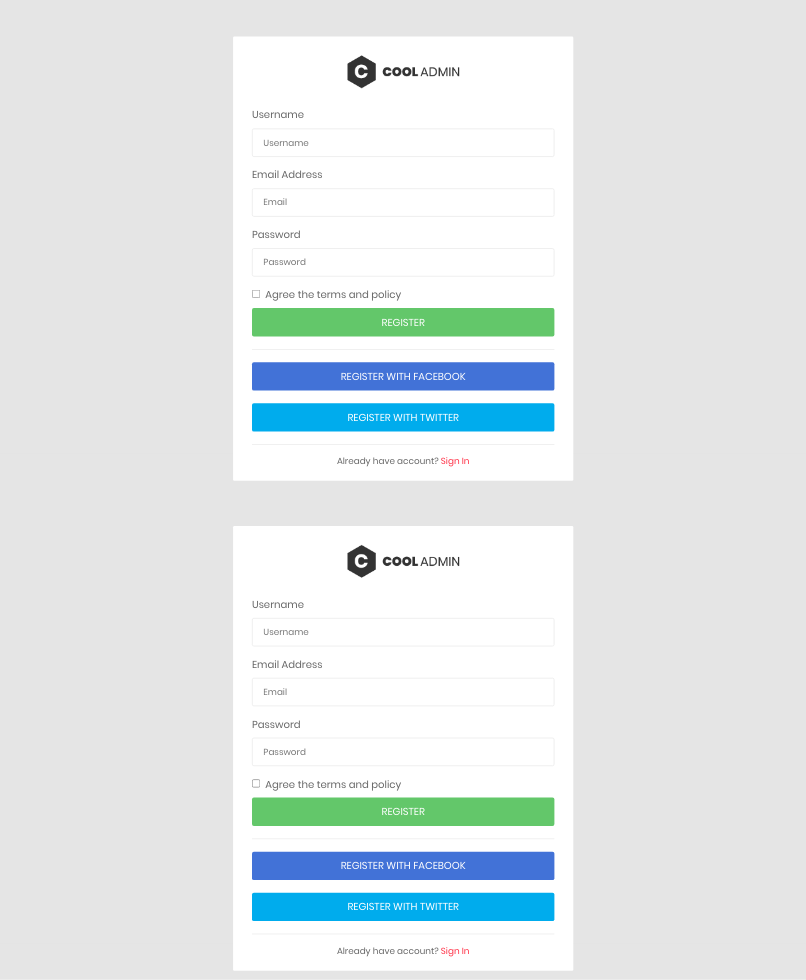
Repository: Julio-Sama/jacquis_system
Page: src/main/resources/templates/register.html
These files come from the project's save history. The page is drawn as it stood at one moment and after the next save; the edit follows.
The browser window is 1280 px wide. The pictures show the whole page, at 63% of full size.

Above is the page before, as saved 2023-09-19 02:06:27.

### src/main/resources/templates/register.html
<!DOCTYPE html>
<html lang="es" xmlns:th="http://www.thymeleaf.org">

<head>
    <!-- Required meta tags-->
    <meta charset="UTF-8">
    <meta name="viewport" content="width=device-width, initial-scale=1, shrink-to-fit=no">
    <meta name="description" content="au theme template">
    <meta name="author" content="Hau Nguyen">
    <meta name="keywords" content="au theme template">

    <!-- Title Page-->
    <title>Register</title>

    <!-- Fontfaces CSS-->
    <link href="../static/css/font-face.css" rel="stylesheet" media="all">
    <link href="../static/vendor/font-awesome-4.7/css/font-awesome.min.css" rel="stylesheet" media="all">
    <link href="../static/vendor/font-awesome-5/css/fontawesome-all.min.css" rel="stylesheet" media="all">
    <link href="../static/vendor/mdi-font/css/material-design-iconic-font.min.css" rel="stylesheet" media="all">

    <!-- Bootstrap CSS-->
    <link href="../static/vendor/bootstrap-4.1/bootstrap.min.css" rel="stylesheet" media="all">

    <!-- Vendor CSS-->
    <link href="../static/vendor/animsition/animsition.min.css" rel="stylesheet" media="all">
    <link href="../static/vendor/bootstrap-progressbar/bootstrap-progressbar-3.3.4.min.css" rel="stylesheet" media="all">
    <link href="../static/vendor/wow/animate.css" rel="stylesheet" media="all">
    <link href="../static/vendor/css-hamburgers/hamburgers.min.css" rel="stylesheet" media="all">
    <link href="../static/vendor/slick/slick.css" rel="stylesheet" media="all">
    <link href="../static/vendor/select2/select2.min.css" rel="stylesheet" media="all">
    <link href="../static/vendor/perfect-scrollbar/perfect-scrollbar.css" rel="stylesheet" media="all">

    <!-- Main CSS-->
    <link href="../static/css/theme.css" rel="stylesheet" media="all">

</head>

<body class="animsition">
    <div class="page-wrapper">
        <div class="page-content--bge5">
            <div class="container">
                <div class="login-wrap">
                    <div class="login-content">
                        <div class="login-logo">
                            <a href="#">
                                <img src="../static/../static/images/icon/logo.png" alt="CoolAdmin">
                            </a>
                        </div>
                        <div class="login-form">
                            <form action="" method="post">
                                <div class="form-group">
                                    <label>Username</label>
                                    <input class="au-input au-input--full" type="text" name="username" placeholder="Username">
                                </div>
                                <div class="form-group">
                                    <label>Email Address</label>
                                    <input class="au-input au-input--full" type="email" name="email" placeholder="Email">
                                </div>
                                <div class="form-group">
                                    <label>Password</label>
                                    <input class="au-input au-input--full" type="password" name="password" placeholder="Password">
                                </div>
                                <div class="login-checkbox">
                                    <label>
                                        <input type="checkbox" name="aggree">Agree the terms and policy
                                    </label>
                                </div>
                                <button class="au-btn au-btn--block au-btn--green m-b-20" type="submit">register</button>
                                <div class="social-login-content">
                                    <div class="social-button">
                                        <button class="au-btn au-btn--block au-btn--blue m-b-20">register with facebook</button>
                                        <button class="au-btn au-btn--block au-btn--blue2">register with twitter</button>
                                    </div>
                                </div>
                            </form>
                            <div class="register-link">
                                <p>
                                    Already have account?
                                    <a href="#">Sign In</a>
                                </p>
                            </div>
                        </div>
                    </div>
                </div>
            </div>
        </div>

    </div>

    <!-- Jquery JS-->
    <script src="../static/vendor/jquery-3.2.1.min.js"></script>
    <!-- Bootstrap JS-->
    <script src="../static/vendor/bootstrap-4.1/popper.min.js"></script>
    <script src="../static/vendor/bootstrap-4.1/bootstrap.min.js"></script>
    <!-- Vendor JS       -->
    <script src="../static/vendor/slick/slick.min.js">
    </script>
    <script src="../static/vendor/wow/wow.min.js"></script>
    <script src="../static/vendor/animsition/animsition.min.js"></script>
    <script src="../static/vendor/bootstrap-progressbar/bootstrap-progressbar.min.js">
    </script>
    <script src="../static/vendor/counter-up/jquery.waypoints.min.js"></script>
    <script src="../static/vendor/counter-up/jquery.counterup.min.js">
    </script>
    <script src="../static/vendor/circle-progress/circle-progress.min.js"></script>
    <script src="../static/vendor/perfect-scrollbar/perfect-scrollbar.js"></script>
    <script src="../static/vendor/chartjs/Chart.bundle.min.js"></script>
    <script src="../static/vendor/select2/select2.min.js">
    </script>

    <!-- Main JS-->
    <script src="../static/js/main.js"></script>

</body>

</html>
<!-- end document-->
<!DOCTYPE html>
<html lang="es">

<head>
    <!-- Required meta tags-->
    <meta charset="UTF-8">
    <meta name="viewport" content="width=device-width, initial-scale=1, shrink-to-fit=no">
    <meta name="description" content="au theme template">
    <meta name="author" content="Hau Nguyen">
    <meta name="keywords" content="au theme template">

    <!-- Title Page-->
    <title>Register</title>

    <!-- Fontfaces CSS-->
    <link href="../static/css/font-face.css" rel="stylesheet" media="all">
    <link href="../static/vendor/font-awesome-4.7/css/font-awesome.min.css" rel="stylesheet" media="all">
    <link href="../static/vendor/font-awesome-5/css/fontawesome-all.min.css" rel="stylesheet" media="all">
    <link href="../static/vendor/mdi-font/css/material-design-iconic-font.min.css" rel="stylesheet" media="all">

    <!-- Bootstrap CSS-->
    <link href="../static/vendor/bootstrap-4.1/bootstrap.min.css" rel="stylesheet" media="all">

    <!-- Vendor CSS-->
    <link href="../static/vendor/animsition/animsition.min.css" rel="stylesheet" media="all">
    <link href="../static/vendor/bootstrap-progressbar/bootstrap-progressbar-3.3.4.min.css" rel="stylesheet" media="all">
    <link href="../static/vendor/wow/animate.css" rel="stylesheet" media="all">
    <link href="../static/vendor/css-hamburgers/hamburgers.min.css" rel="stylesheet" media="all">
    <link href="../static/vendor/slick/slick.css" rel="stylesheet" media="all">
    <link href="../static/vendor/select2/select2.min.css" rel="stylesheet" media="all">
    <link href="../static/vendor/perfect-scrollbar/perfect-scrollbar.css" rel="stylesheet" media="all">

    <!-- Main CSS-->
    <link href="../static/css/theme.css" rel="stylesheet" media="all">

</head>

<body class="animsition">
    <div class="page-wrapper">
        <div class="page-content--bge5">
            <div class="container">
                <div class="login-wrap">
                    <div class="login-content">
                        <div class="login-logo">
                            <a href="#">
                                <img src="../static/../static/images/icon/logo.png" alt="CoolAdmin">
                            </a>
                        </div>
                        <div class="login-form">
                            <form action="" method="post">
                                <div class="form-group">
                                    <label>Username</label>
                                    <input class="au-input au-input--full" type="text" name="username" placeholder="Username">
                                </div>
                                <div class="form-group">
                                    <label>Email Address</label>
                                    <input class="au-input au-input--full" type="email" name="email" placeholder="Email">
                                </div>
                                <div class="form-group">
                                    <label>Password</label>
                                    <input class="au-input au-input--full" type="password" name="password" placeholder="Password">
                                </div>
                                <div class="login-checkbox">
                                    <label>
                                        <input type="checkbox" name="aggree">Agree the terms and policy
                                    </label>
                                </div>
                                <button class="au-btn au-btn--block au-btn--green m-b-20" type="submit">register</button>
                                <div class="social-login-content">
                                    <div class="social-button">
                                        <button class="au-btn au-btn--block au-btn--blue m-b-20">register with facebook</button>
                                        <button class="au-btn au-btn--block au-btn--blue2">register with twitter</button>
                                    </div>
                                </div>
                            </form>
                            <div class="register-link">
                                <p>
                                    Already have account?
                                    <a href="#">Sign In</a>
                                </p>
                            </div>
                        </div>
                    </div>
                </div>
            </div>
        </div>

    </div>

    <!-- Jquery JS-->
    <script src="../static/vendor/jquery-3.2.1.min.js"></script>
    <!-- Bootstrap JS-->
    <script src="../static/vendor/bootstrap-4.1/popper.min.js"></script>
    <script src="../static/vendor/bootstrap-4.1/bootstrap.min.js"></script>
    <!-- Vendor JS       -->
    <script src="../static/vendor/slick/slick.min.js">
    </script>
    <script src="../static/vendor/wow/wow.min.js"></script>
    <script src="../static/vendor/animsition/animsition.min.js"></script>
    <script src="../static/vendor/bootstrap-progressbar/bootstrap-progressbar.min.js">
    </script>
    <script src="../static/vendor/counter-up/jquery.waypoints.min.js"></script>
    <script src="../static/vendor/counter-up/jquery.counterup.min.js">
    </script>
    <script src="../static/vendor/circle-progress/circle-progress.min.js"></script>
    <script src="../static/vendor/perfect-scrollbar/perfect-scrollbar.js"></script>
    <script src="../static/vendor/chartjs/Chart.bundle.min.js"></script>
    <script src="../static/vendor/select2/select2.min.js">
    </script>

    <!-- Main JS-->
    <script src="../static/js/main.js"></script>

</body>

</html>
<!-- end document-->

Loaded but not shown: src/main/resources/static/vendor/font-awesome-4.7/css/font-awesome.min.css (library); src/main/resources/static/vendor/font-awesome-5/css/fontawesome-all.min.css (library); src/main/resources/static/vendor/mdi-font/css/material-design-iconic-font.min.css (library); src/main/resources/static/vendor/bootstrap-4.1/bootstrap.min.css (library); src/main/resources/static/vendor/animsition/animsition.min.css (library); src/main/resources/static/vendor/bootstrap-progressbar/bootstrap-progressbar-3.3.4.min.css (library); src/main/resources/static/vendor/wow/animate.css (library); src/main/resources/static/vendor/css-hamburgers/hamburgers.min.css (library); src/main/resources/static/vendor/slick/slick.css (common file); src/main/resources/static/vendor/select2/select2.min.css (library); src/main/resources/static/vendor/perfect-scrollbar/perfect-scrollbar.css (common file); src/main/resources/static/css/theme.css (library); src/main/resources/static/vendor/jquery-3.2.1.min.js (library); src/main/resources/static/vendor/bootstrap-4.1/popper.min.js (library); src/main/resources/static/vendor/bootstrap-4.1/bootstrap.min.js (library); src/main/resources/static/vendor/slick/slick.min.js (library); src/main/resources/static/vendor/wow/wow.min.js (library); src/main/resources/static/vendor/animsition/animsition.min.js (library); src/main/resources/static/vendor/bootstrap-progressbar/bootstrap-progressbar.min.js (common file); src/main/resources/static/vendor/counter-up/jquery.waypoints.min.js (library); src/main/resources/static/vendor/counter-up/jquery.counterup.min.js (common file); src/main/resources/static/vendor/circle-progress/circle-progress.min.js (library); src/main/resources/static/vendor/perfect-scrollbar/perfect-scrollbar.js (library); src/main/resources/static/vendor/chartjs/Chart.bundle.min.js (library); src/main/resources/static/vendor/select2/select2.min.js (library); src/main/resources/static/js/main.js (1673 lines, source omitted); src/main/resources/static/css/font-face.css (234 lines, source omitted)

After the next save:
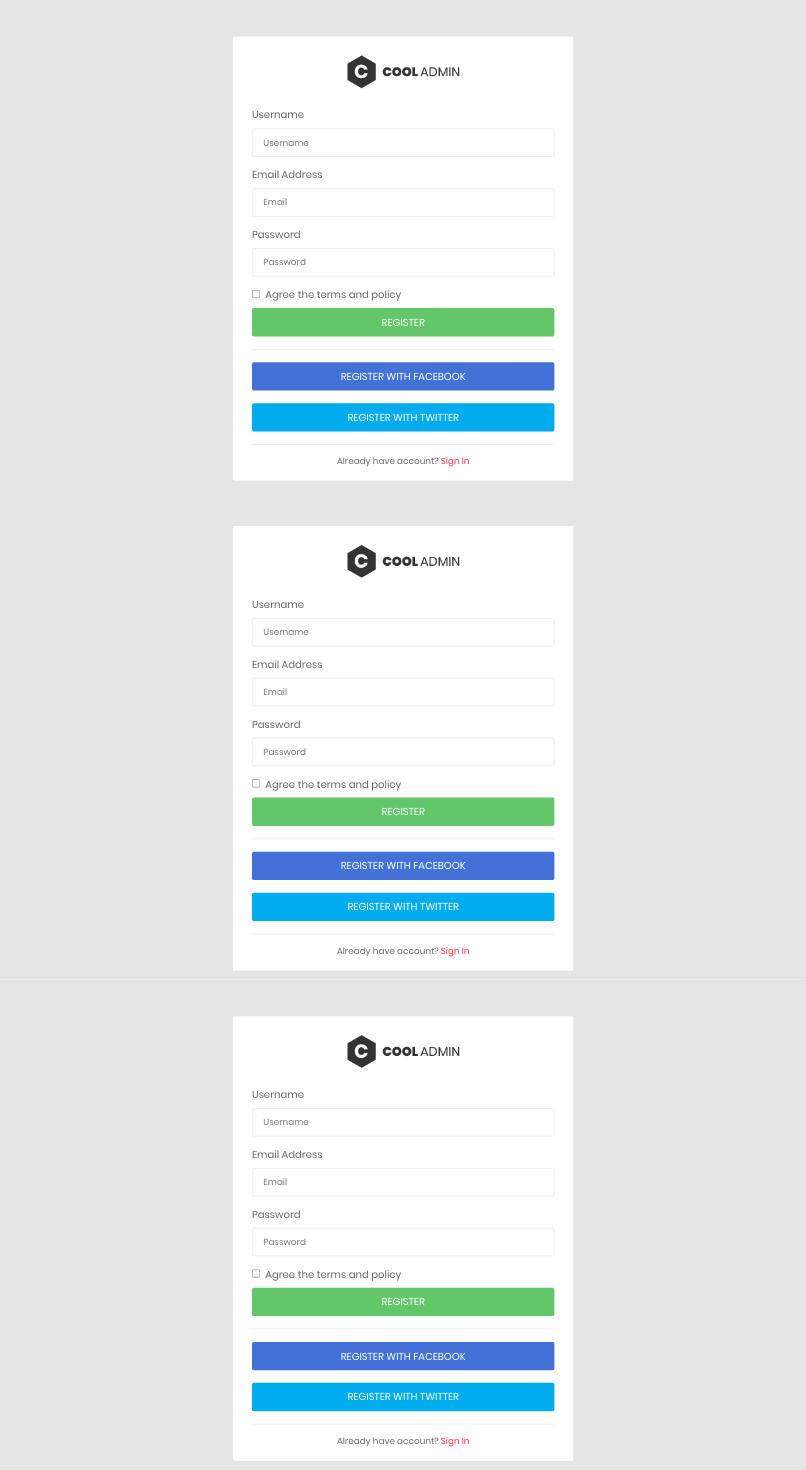
Saved 2 h 21 min later.
--- a/src/main/resources/templates/register.html
+++ b/src/main/resources/templates/register.html
@@ -1,5 +1,5 @@
 <!DOCTYPE html>
-<html lang="es" xmlns:th="http://www.thymeleaf.org">
+<html lang="es" xmlns:th="http://www.thymeleaf.org" xmlns:sec="http://www.thymeleaf.org/thymeleaf-extras-springsecurity6">
 
 <head>
     <!-- Required meta tags-->
@@ -116,7 +116,7 @@
 </html>
 <!-- end document-->
 <!DOCTYPE html>
-<html lang="es">
+<html lang="es" xmlns:th="http://www.thymeleaf.org">
 
 <head>
     <!-- Required meta tags-->
@@ -232,3 +232,120 @@
 
 </html>
 <!-- end document-->
+<!DOCTYPE html>
+<html lang="es">
+
+<head>
+    <!-- Required meta tags-->
+    <meta charset="UTF-8">
+    <meta name="viewport" content="width=device-width, initial-scale=1, shrink-to-fit=no">
+    <meta name="description" content="au theme template">
+    <meta name="author" content="Hau Nguyen">
+    <meta name="keywords" content="au theme template">
+
+    <!-- Title Page-->
+    <title>Register</title>
+
+    <!-- Fontfaces CSS-->
+    <link href="../static/css/font-face.css" rel="stylesheet" media="all">
+    <link href="../static/vendor/font-awesome-4.7/css/font-awesome.min.css" rel="stylesheet" media="all">
+    <link href="../static/vendor/font-awesome-5/css/fontawesome-all.min.css" rel="stylesheet" media="all">
+    <link href="../static/vendor/mdi-font/css/material-design-iconic-font.min.css" rel="stylesheet" media="all">
+
+    <!-- Bootstrap CSS-->
+    <link href="../static/vendor/bootstrap-4.1/bootstrap.min.css" rel="stylesheet" media="all">
+
+    <!-- Vendor CSS-->
+    <link href="../static/vendor/animsition/animsition.min.css" rel="stylesheet" media="all">
+    <link href="../static/vendor/bootstrap-progressbar/bootstrap-progressbar-3.3.4.min.css" rel="stylesheet" media="all">
+    <link href="../static/vendor/wow/animate.css" rel="stylesheet" media="all">
+    <link href="../static/vendor/css-hamburgers/hamburgers.min.css" rel="stylesheet" media="all">
+    <link href="../static/vendor/slick/slick.css" rel="stylesheet" media="all">
+    <link href="../static/vendor/select2/select2.min.css" rel="stylesheet" media="all">
+    <link href="../static/vendor/perfect-scrollbar/perfect-scrollbar.css" rel="stylesheet" media="all">
+
+    <!-- Main CSS-->
+    <link href="../static/css/theme.css" rel="stylesheet" media="all">
+
+</head>
+
+<body class="animsition">
+    <div class="page-wrapper">
+        <div class="page-content--bge5">
+            <div class="container">
+                <div class="login-wrap">
+                    <div class="login-content">
+                        <div class="login-logo">
+                            <a href="#">
+                                <img src="../static/../static/images/icon/logo.png" alt="CoolAdmin">
+                            </a>
+                        </div>
+                        <div class="login-form">
+                            <form action="" method="post">
+                                <div class="form-group">
+                                    <label>Username</label>
+                                    <input class="au-input au-input--full" type="text" name="username" placeholder="Username">
+                                </div>
+                                <div class="form-group">
+                                    <label>Email Address</label>
+                                    <input class="au-input au-input--full" type="email" name="email" placeholder="Email">
+                                </div>
+                                <div class="form-group">
+                                    <label>Password</label>
+                                    <input class="au-input au-input--full" type="password" name="password" placeholder="Password">
+                                </div>
+                                <div class="login-checkbox">
+                                    <label>
+                                        <input type="checkbox" name="aggree">Agree the terms and policy
+                                    </label>
+                                </div>
+                                <button class="au-btn au-btn--block au-btn--green m-b-20" type="submit">register</button>
+                                <div class="social-login-content">
+                                    <div class="social-button">
+                                        <button class="au-btn au-btn--block au-btn--blue m-b-20">register with facebook</button>
+                                        <button class="au-btn au-btn--block au-btn--blue2">register with twitter</button>
+                                    </div>
+                                </div>
+                            </form>
+                            <div class="register-link">
+                                <p>
+                                    Already have account?
+                                    <a href="#">Sign In</a>
+                                </p>
+                            </div>
+                        </div>
+                    </div>
+                </div>
+            </div>
+        </div>
+
+    </div>
+
+    <!-- Jquery JS-->
+    <script src="../static/vendor/jquery-3.2.1.min.js"></script>
+    <!-- Bootstrap JS-->
+    <script src="../static/vendor/bootstrap-4.1/popper.min.js"></script>
+    <script src="../static/vendor/bootstrap-4.1/bootstrap.min.js"></script>
+    <!-- Vendor JS       -->
+    <script src="../static/vendor/slick/slick.min.js">
+    </script>
+    <script src="../static/vendor/wow/wow.min.js"></script>
+    <script src="../static/vendor/animsition/animsition.min.js"></script>
+    <script src="../static/vendor/bootstrap-progressbar/bootstrap-progressbar.min.js">
+    </script>
+    <script src="../static/vendor/counter-up/jquery.waypoints.min.js"></script>
+    <script src="../static/vendor/counter-up/jquery.counterup.min.js">
+    </script>
+    <script src="../static/vendor/circle-progress/circle-progress.min.js"></script>
+    <script src="../static/vendor/perfect-scrollbar/perfect-scrollbar.js"></script>
+    <script src="../static/vendor/chartjs/Chart.bundle.min.js"></script>
+    <script src="../static/vendor/select2/select2.min.js">
+    </script>
+
+    <!-- Main JS-->
+    <script src="../static/js/main.js"></script>
+
+</body>
+
+</html>
+<!-- end document-->
